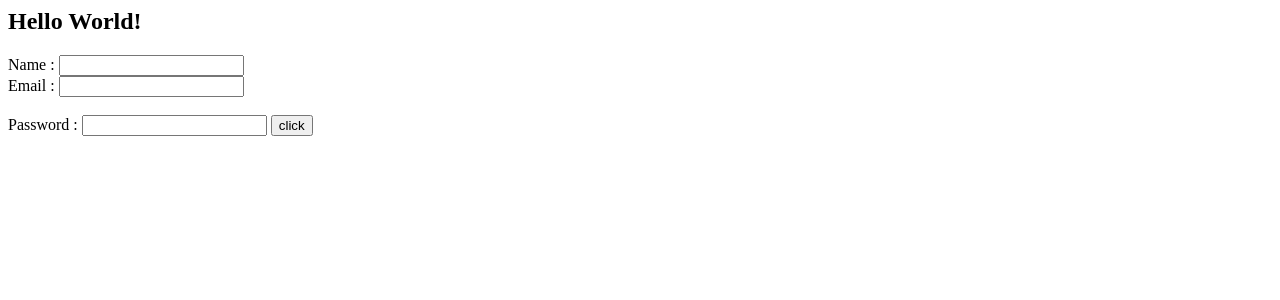
Repository: santhoshnaik/JavaPrajects
Page: http://localhost/SecondWeb/
These files come from the project's save history. The page is drawn as it stood at one moment and after the next save; the edit follows.
The browser window is 1280 px wide. The pictures show the whole page.
The page is served by Tomcat 9. Other server files are loaded and not shown.

Above is the page before, as saved 2018-04-16 11:20:09.

### SecondWeb/src/main/webapp/index.jsp
<html>
<body>
<h2>Hello World!</h2>
<form action="add">
Name : <input type="text" name="uname"><br>
Email : <input type="email" name="email"><br><br>
Password : <input type="text" name="upass">
<input type="submit" value="click">
</form>

</body>
</html>

After the next save:
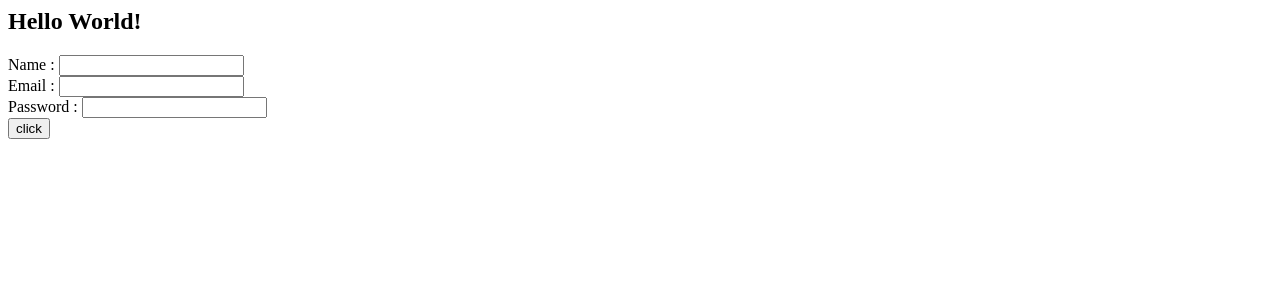
Saved 16 s later.
--- a/SecondWeb/src/main/webapp/index.jsp
+++ b/SecondWeb/src/main/webapp/index.jsp
@@ -3,8 +3,8 @@
 <h2>Hello World!</h2>
 <form action="add">
 Name : <input type="text" name="uname"><br>
-Email : <input type="email" name="email"><br><br>
-Password : <input type="text" name="upass">
+Email : <input type="email" name="email"><br>
+Password : <input type="text" name="upass"><br>
 <input type="submit" value="click">
 </form>
 
